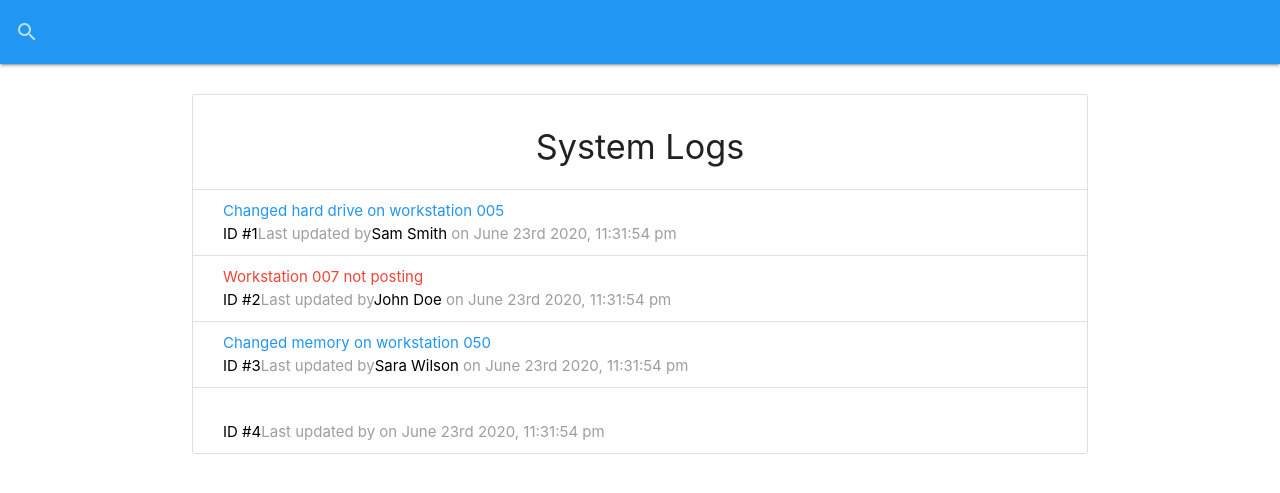
Repository: Takudzwa413/it-logger
Page: /
An editor plug-in stored every save of this project. The page is shown before and after the next save, followed by the edit.
The browser window is 1280 px wide. The pictures show the whole page.
The project was rebuilt for these pictures with package versions that can differ from the ones it lists, and the page was loaded fresh each time. Requests to the local data server were answered from the project's data file.

Above is the page before, as saved 2020-06-24 03:49:37.

### public/index.html
<!DOCTYPE html>
<html lang="en">
  <head>
    <meta charset="utf-8" />
    <link rel="icon" href="%PUBLIC_URL%/favicon.ico" />
    <meta name="viewport" content="width=device-width, initial-scale=1" />
    <meta name="theme-color" content="#000000" />
    <meta
      name="description"
      content="Web site created using create-react-app"
      />
    <link rel="apple-touch-icon" href="%PUBLIC_URL%/logo192.png" />

    <link rel="manifest" href="%PUBLIC_URL%/manifest.json" />
    <link href="https://fonts.googleapis.com/icon?family=Material+Icons"
      rel="stylesheet">

    <title>IT-LOGGER</title>
  </head>
  <body>
    <noscript>You need to enable JavaScript to run this app.</noscript>
    <div id="root"></div>

  </body>
</html>

### src/App.js
import React, { useEffect, Fragment } from "react";
import SearchBar from "./components/layout/SearchBar";
import Logs from "./components/logs/Logs";

import "materialize-css/dist/css/materialize.min.css";
import M from "materialize-css/dist/js/materialize.min.js";
import "./App.css";

const App = () => {
  useEffect(() => {
    //INIT Materialize
    M.AutoInit();
  });
  return (
    <Fragment>
      <SearchBar />
      <div className='container'>
        <Logs />
      </div>
    </Fragment>
  );
};
export default App;

### src/components/layout/SearchBar.js
import React from "react";

function SearchBar() {
  return (
    <nav style={{ marginBottom: "30px" }} className='blue'>
      <div className='nav-wrapper'>
        <form>
          <div className='input-field'>
            <input id='search' type='search' />
            <label className='label-icon' for='search'>
              <i className='material-icons'>search</i>
            </label>
            <i className='material-icons'>close</i>
          </div>
        </form>
      </div>
    </nav>
  );
}

export default SearchBar;

### src/components/logs/Logs.js
import React, { useEffect, useState } from "react";
import LogItem from "./LogItem";

function Logs() {
  const [logs, setLogs] = useState([]);
  const [loading, setLoading] = useState(false);

  useEffect(() => {
    getLogs();
  }, []);

  const getLogs = async () => {
    setLoading(true);
    const res = await fetch("/logs");
    const data = await res.json();

    setLogs(data);
    setLoading(false);
  };

  if (loading) {
    return <h4>Loading...</h4>;
  }

  return (
    <ul className='collection with-header'>
      <li className='collection-header'>
        <h4 className='center'>System Logs</h4>
      </li>
      {!loading && logs.length === 0 ? (
        <p className='center'>No Logs to show...</p>
      ) : (
        logs.map((log) => <LogItem log={log} key={log.id} />)
      )}
    </ul>
  );
}

export default Logs;

### src/components/logs/LogItem.js
import React from "react";
import Moment from "react-moment";
import PropTypes from "prop-types";

const LogItem = ({ log }) => {
  return (
    <li className='collection-item'>
      <div>
        <a
          href='#edit-log-modal'
          className={`modal-trigger ${
            log.attention ? "red-text" : "blue-text"
          }`}
        >
          {log.message}
        </a>
        <br />
        <span className='grey-text'>
          <span className='black-text'>ID #{log.id}</span>Last updated by{""}
          <span className='black-text'>{log.tech}</span> on{" "}
          <Moment format='MMMM Do YYYY, h:mm:ss a ' />
        </span>
      </div>
    </li>
  );
};

LogItem.propTypes = {
  log: PropTypes.object.isRequired,
};

export default LogItem;

### db.json
{
  "logs": [
    {
      "id": 1,
      "message": "Changed hard drive on workstation 005",
      "attention": false,
      "date": "03-02-2019",
      "tech": "Sam Smith"
    },
    {
      "id": 2,
      "message": "Workstation 007 not posting",
      "attention": true,
      "date": "03-02-2019",
      "tech": "John Doe"
    },
    {
      "id": 3,
      "message": "Changed memory on workstation 050",
      "attention": false,
      "date": "03-02-2019",
      "tech": "Sara Wilson"
    },
    {
      "id": 4
    }
  ],
  "techs": [
    {
      "id": 1,
      "firstName": "John",
      "lastName": "Doe"
    },
    {
      "id": 2,
      "firstName": "Sam",
      "lastName": "Smith"
    },
    {
      "id": 3,
      "firstname": "Sara",
      "lastName": "Wilson"
    }
  ]
}

Loaded but not shown: src/index.js (common file); src/App.css (no stored copy; drawn as an empty file)

After the next save:
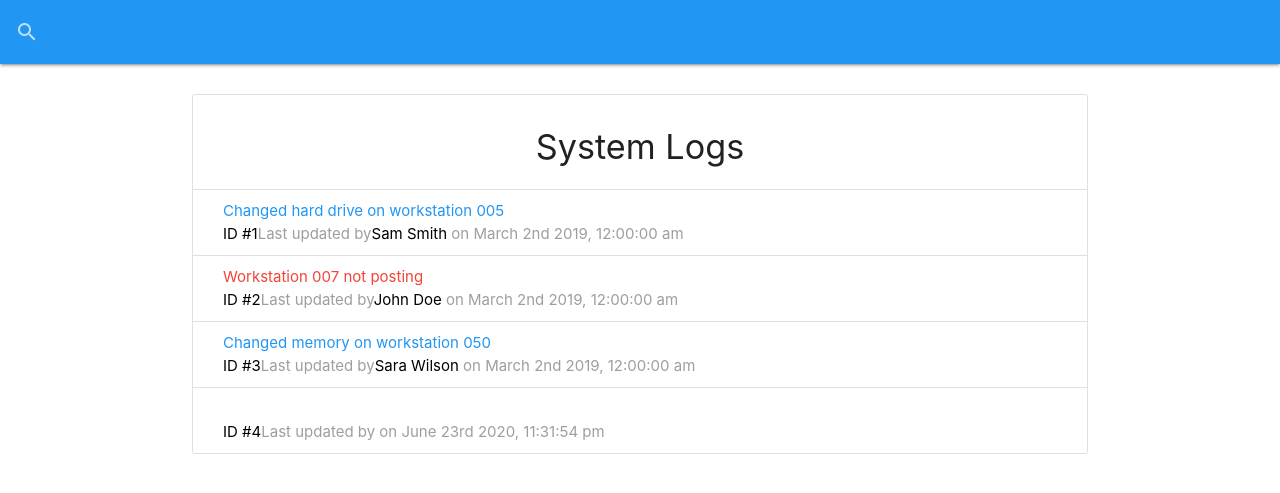
Saved 101 s later.
--- a/src/components/logs/LogItem.js
+++ b/src/components/logs/LogItem.js
@@ -18,7 +18,7 @@ const LogItem = ({ log }) => {
         <span className='grey-text'>
           <span className='black-text'>ID #{log.id}</span>Last updated by{""}
           <span className='black-text'>{log.tech}</span> on{" "}
-          <Moment format='MMMM Do YYYY, h:mm:ss a ' />
+          <Moment format='MMMM Do YYYY, h:mm:ss a '>{log.date}</Moment>
         </span>
       </div>
     </li>
